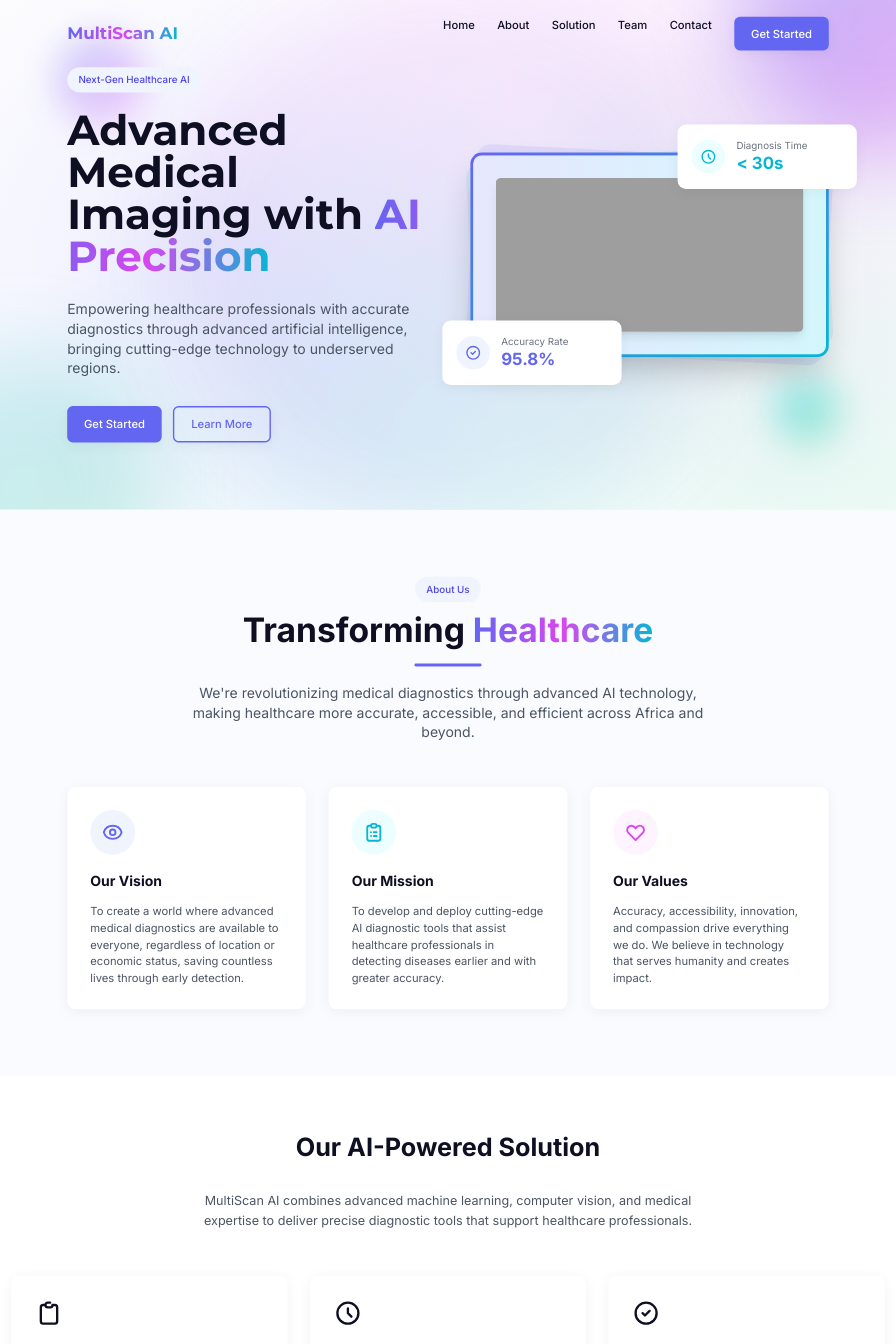
Repository: MultiScan-AI/multiscan-ai.github.io
Page: /
These files come from the project's save history. The page is drawn as it stood at one moment and after the next save; the edit follows.
The browser window is 1280 px wide. The pictures show the part of the page from y = 0 to 1920 px (the page is 4607 px tall before and 4603 px after), at 70% of full size.
Pictures or frames that could not be fetched are drawn as grey boxes. The project was rebuilt for these pictures with package versions that can differ from the ones it lists, and the page was loaded fresh each time. Also part of the build but not shown: vite.config.js, src/App.css.

Above is the page before, as saved 2025-07-01 18:35:02.

After the next save:
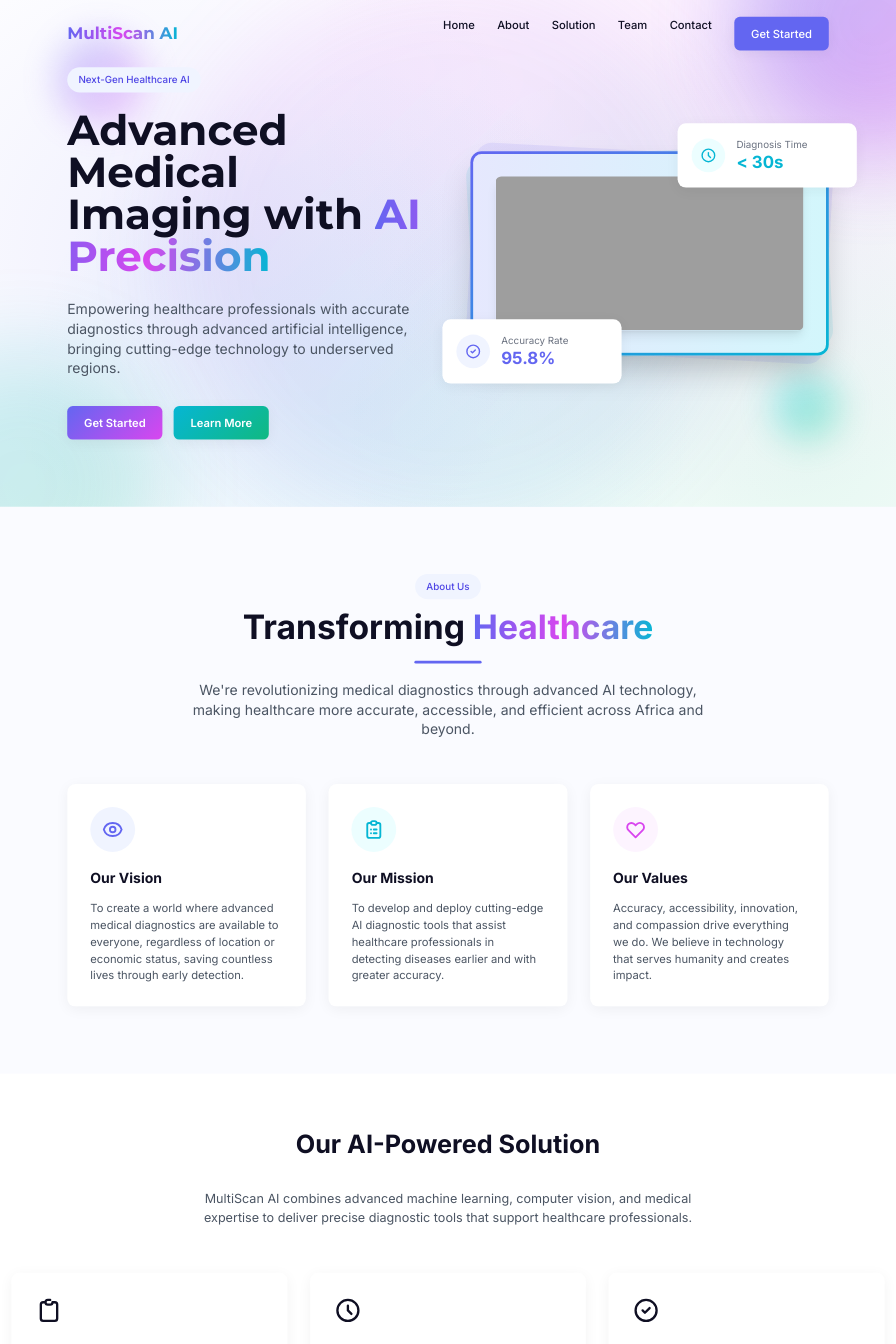
Saved 23 s later.
--- a/src/components/Hero.jsx
+++ b/src/components/Hero.jsx
@@ -55,8 +55,8 @@
               transition={{ delay: 0.9, duration: 0.8 }}
               className="flex flex-col sm:flex-row gap-4"
             >
-              <button className="btn btn-primary">Get Started</button>
-              <button className="btn btn-outline">Learn More</button>
+              <button className="btn btn-gradient text-white font-semibold">Get Started</button>
+              <button className="btn btn-gradient-secondary text-white font-semibold">Learn More</button>
             </motion.div>
           </motion.div>
 
